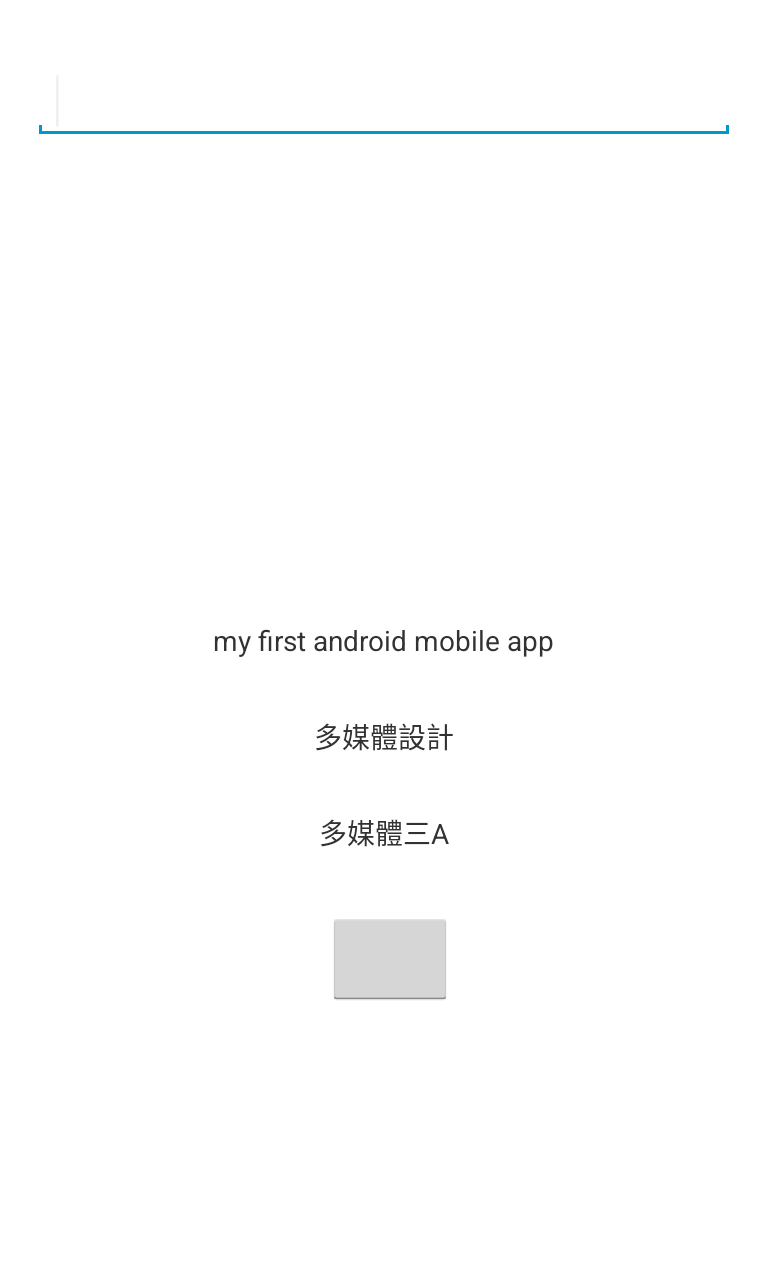
Repository: ericluo1123/myAndroidCode
Layout: myAndroidProject/res/layout/activity_main.xml
The author's editor kept a copy of each file at every save. The layout is drawn from the files as they stood at one save, then again after the next save.
It is drawn on a 768 x 1280 px phone screen (xhdpi) without system bars, with theme AppTheme; the app's code is not run.

Above is the layout before, as saved 2014-09-26 05:41:01.

### myAndroidProject/res/layout/activity_main.xml
<RelativeLayout xmlns:android="http://schemas.android.com/apk/res/android"
    xmlns:tools="http://schemas.android.com/tools"
    android:layout_width="match_parent"
    android:layout_height="match_parent"
    android:paddingBottom="@dimen/activity_vertical_margin"
    android:paddingLeft="@dimen/activity_horizontal_margin"
    android:paddingRight="@dimen/activity_horizontal_margin"
    android:paddingTop="@dimen/activity_vertical_margin"
    tools:context="com.example.myandroidproject.MainActivity" >

    <TextView
        android:id="@+id/textView2"
        android:layout_width="wrap_content"
        android:layout_height="wrap_content"
        android:layout_centerHorizontal="true"
        android:layout_centerVertical="true"
        android:text="@string/hello_world" />

    <TextView
        android:id="@+id/textView1"
        android:layout_width="wrap_content"
        android:layout_height="wrap_content"
        android:layout_below="@+id/textView2"
        android:layout_centerHorizontal="true"
        android:layout_marginTop="28dp"
        android:text="多媒體設計" />

    <TextView
        android:id="@+id/textView3"
        android:layout_width="wrap_content"
        android:layout_height="wrap_content"
        android:layout_below="@+id/textView1"
        android:layout_centerHorizontal="true"
        android:layout_marginTop="27dp"
        android:text="@string/Text" />

    <EditText
        android:id="@+id/editText1"
        android:layout_width="match_parent"
        android:layout_height="wrap_content"
        android:layout_alignParentTop="true"
        android:layout_marginTop="15dp"
        android:ems="10" >

        <requestFocus />
    </EditText>

    <Button
        android:id="@+id/button1"
        android:layout_width="wrap_content"
        android:layout_height="wrap_content"
        android:layout_alignRight="@+id/textView1"
        android:layout_below="@+id/textView3"
        android:layout_marginTop="29dp" />

</RelativeLayout>

### myAndroidProject/res/values/strings.xml
<?xml version="1.0" encoding="utf-8"?>
<resources>

    <string name="app_name">myAndroidProject</string>
    <string name="hello_world">my first android mobile app</string>
    <string name="action_settings">Settings</string>
    <string name="Text">多媒體三A</string>
    <string name="test">123</string>

</resources>

Loaded but not shown: myAndroidProject/res/values/styles.xml (common file); myAndroidProject/res/values-v11/styles.xml (common file); myAndroidProject/res/values-v14/styles.xml (common file); myAndroidProject/res/values/dimens.xml (common file); myAndroidProject/res/values-w820dp/dimens.xml (common file)

After the next save:
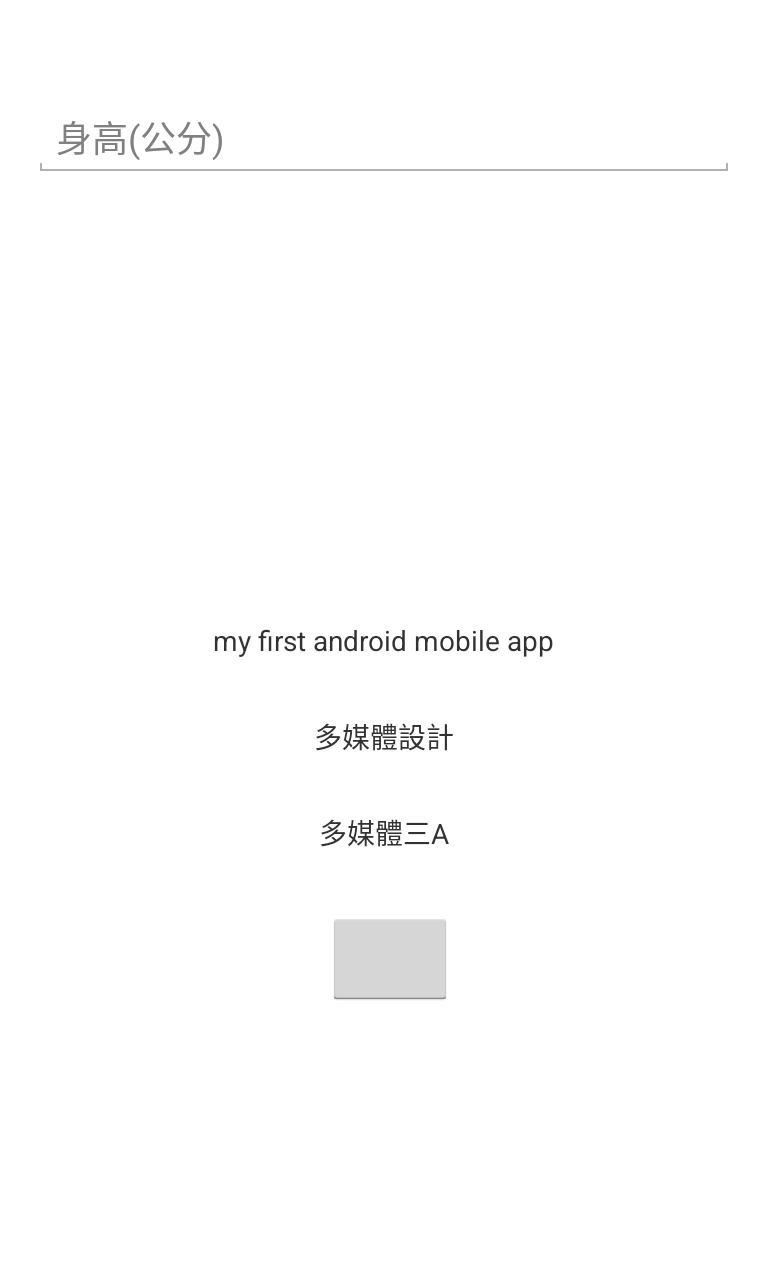
Saved 20 s later.
--- a/myAndroidProject/res/layout/activity_main.xml
+++ b/myAndroidProject/res/layout/activity_main.xml
@@ -34,17 +34,6 @@
         android:layout_marginTop="27dp"
         android:text="@string/Text" />
 
-    <EditText
-        android:id="@+id/editText1"
-        android:layout_width="match_parent"
-        android:layout_height="wrap_content"
-        android:layout_alignParentTop="true"
-        android:layout_marginTop="15dp"
-        android:ems="10" >
-
-        <requestFocus />
-    </EditText>
-
     <Button
         android:id="@+id/button1"
         android:layout_width="wrap_content"
@@ -53,4 +42,14 @@
         android:layout_below="@+id/textView3"
         android:layout_marginTop="29dp" />
 
+    <EditText
+        android:id="@+id/editText1"
+        android:layout_width="match_parent"
+        android:layout_height="wrap_content"
+        android:layout_alignParentTop="true"
+        android:layout_centerHorizontal="true"
+        android:layout_marginTop="32dp"
+        android:ems="10"
+        android:hint="身高(公分)" />
+
 </RelativeLayout>
